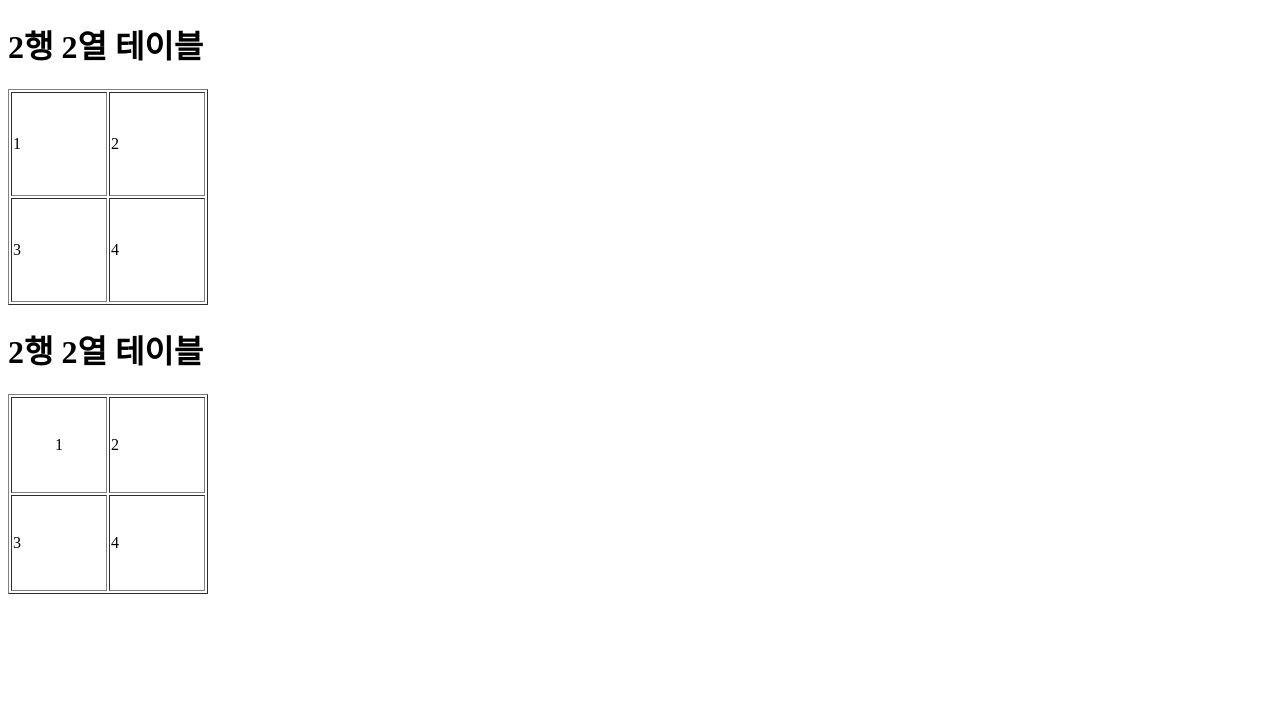
Repository: seula123/Front-End
Page: ClientTest/src/main/webapp/html/ex15_table.html
An editor plug-in stored every save of this project. The page is shown before and after the next save, followed by the edit.
The browser window is 1280 px wide. The pictures show the whole page.

Above is the page before, as saved 2023-09-21 00:36:43.

### ClientTest/src/main/webapp/html/ex15_table.html
<!DOCTYPE html>
<html>
<head>
<meta charset="UTF-8">
<title>Insert title here</title>
</head>
<body>

<!-- ex15_table.html -->

   <!--

      표, table

      1. <table>
      	- 큰상자
      	- 전체 컨테이너


      2. <tr>, table row
      	- 중간 상자
      	- 행 역할

      3. <td>, table dat
      	- 작은 상자
      	- 셀 역할
      	- 데이터를 담는 역할







   -->
		<!-- 모든 셀의 너비의 합 == 테이블 너비  -->
		<!-- 모든 셀의 높이의 합 == 테이블 높이  -->

	<h1> 2행 2열 테이블</h1>

	<table border = "1" width = "200" height="200">
		<tr>
			<td width="100" height = "100">1</td>
			<td width="100">2</td>
		 	</tr>
		<tr>
			<td height = "100">3</td>
			<td>4</td>
		</tr>
	</table>



		<h1> 2행 2열 테이블</h1>

	<table border = "1" width = "200" height="200">
		<tr>
			<td align = "center" valign = "middle">1</td>
			<td>2</td>
		 	</tr>
		<tr>
			<td >3</td>
			<td>4</td>
		</tr>
	</table>



	<br>





</body>
</html>

After the next save:
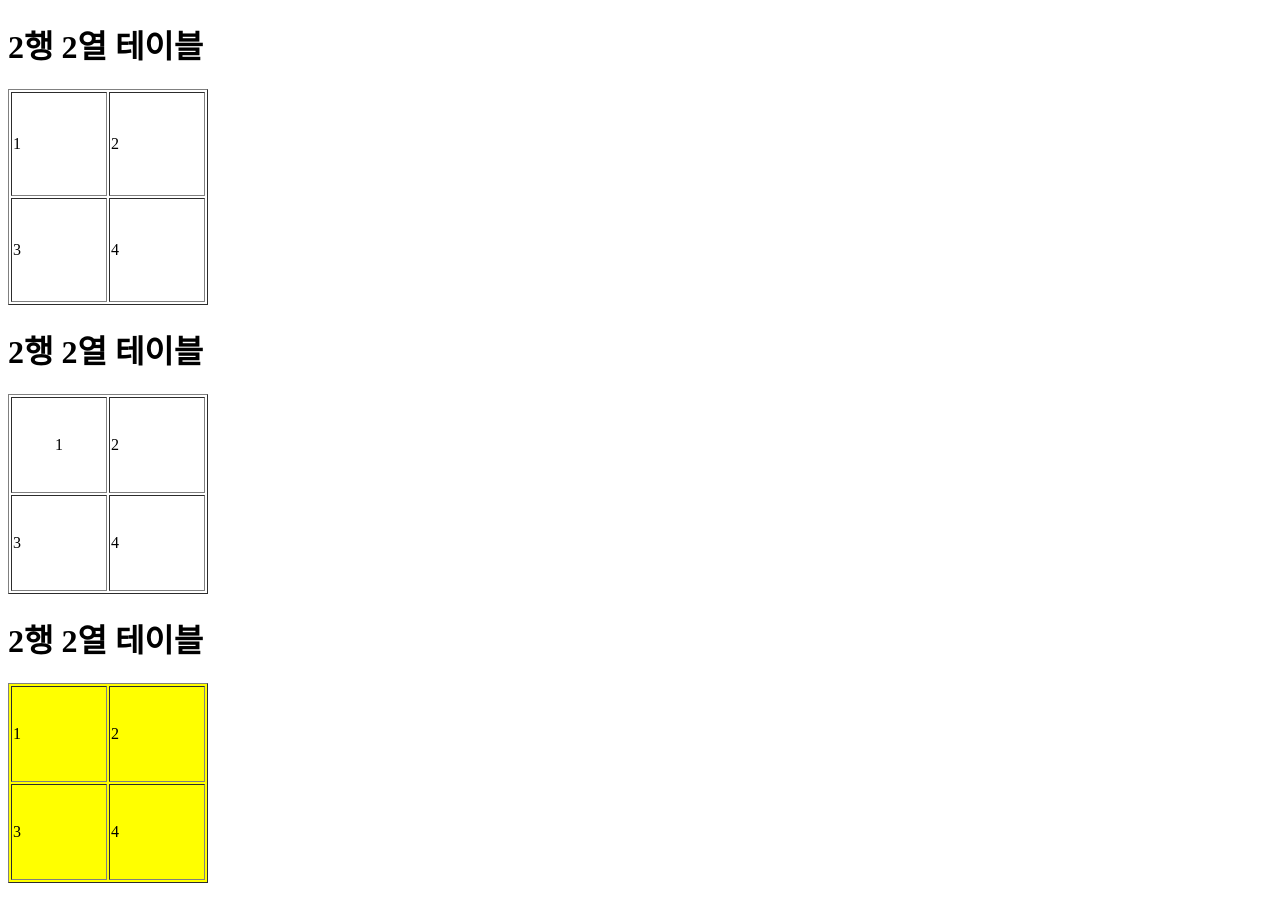
Saved 119 s later.
--- a/ClientTest/src/main/webapp/html/ex15_table.html
+++ b/ClientTest/src/main/webapp/html/ex15_table.html
@@ -55,9 +55,25 @@
 
 	<table border = "1" width = "200" height="200">
 		<tr>
-			<td align = "center" valign = "middle">1</td>
+			<td align = "center" valign = "middle">1</td>  <!--top bottom  -->
 			<td>2</td>
 		 	</tr>
+		<tr>
+			<td >3</td>
+			<td>4</td>
+		</tr>
+	</table>
+
+
+
+
+	<h1> 2행 2열 테이블</h1>
+
+	<table border = "1" width = "200" height="200" bgcolor="yellow">
+		<tr>
+			<td >1</td>  <!--top bottom  -->
+			<td>2</td>
+		</tr>
 		<tr>
 			<td >3</td>
 			<td>4</td>
